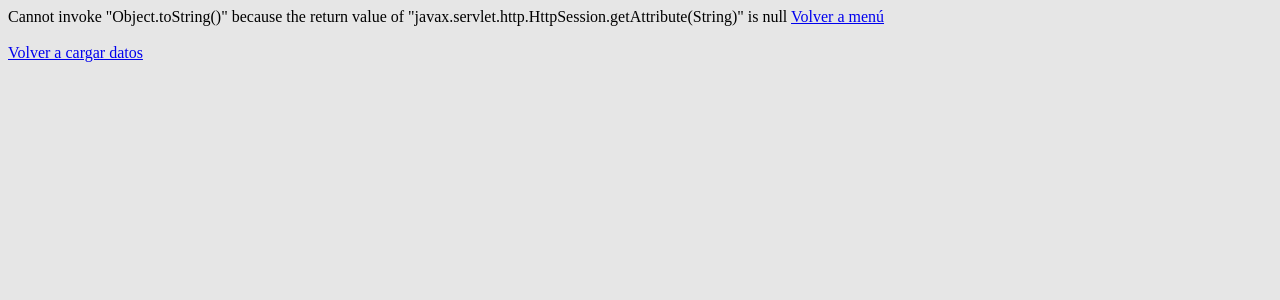
Repository: LEOBAINI/proyectowebxxx
Page: http://localhost/ProyWeb10/Hacerupdate.jsp
An editor plug-in stored every save of this project. The page is shown before and after the next save, followed by the edit.
The browser window is 1280 px wide. The pictures show the whole page.
The page is served by Tomcat 9.

Above is the page before, as saved 2013-01-21 08:09:06.

After the next save:
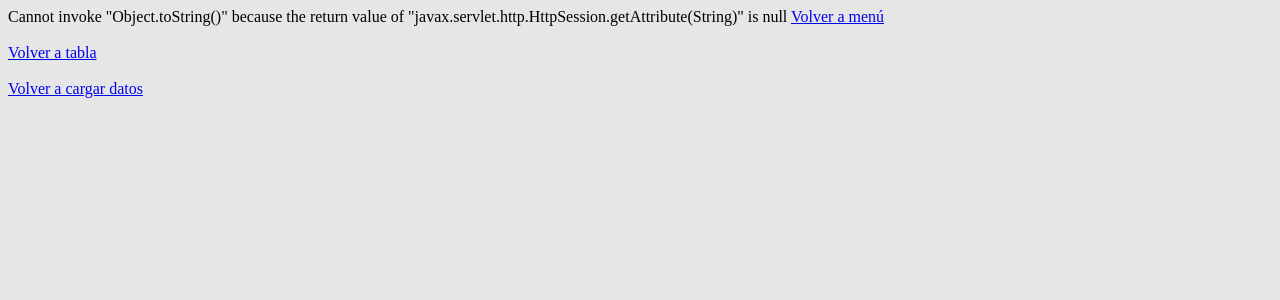
Saved 5 min 15 s later.
--- a/ProyWeb10/WebContent/Hacerupdate.jsp
+++ b/ProyWeb10/WebContent/Hacerupdate.jsp
@@ -100,7 +100,7 @@ if(!periodoEstaAboCerr.equals("CERRADO")){//si el periodo esta abierto
 			session.setAttribute("esEdicion", "NO");
 			if(status==1){
 				%>alert("Datos cargados OK");<%
-				response.sendRedirect("Tabla.jsp");
+
 			}else{
 				%>alert("Hubo un problema, no se cargaron los datos");<%
 			}
@@ -129,7 +129,7 @@ if(status==1){
 
 
 	session.setAttribute("status", "Ok");
-	response.sendRedirect("CargaDiaria.jsp");
+
 	//out.println("Los datos se han guardado correctamente");
 
 }else{
@@ -148,6 +148,7 @@ if(status==1){
 %>
 
 <a href="MenuPpal.jsp">Volver a menú</a><br><br>
+<a href="Tabla.jsp">Volver a tabla</a><br><br>
 <a href="CargaDiaria.jsp">Volver a cargar datos</a>
 
 </body>
